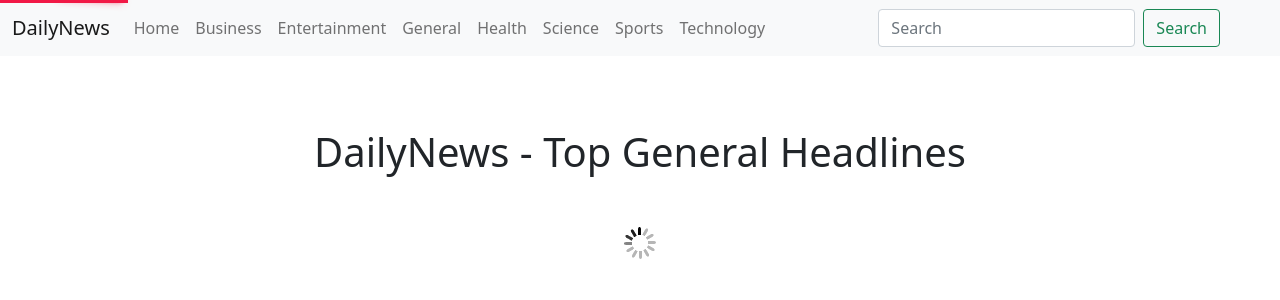
Repository: Bikki084/Daily_News
Page: /
These files come from the project's save history. The page is drawn as it stood at one moment and after a run of saves; the edit follows.
The browser window is 1280 px wide. The pictures show the whole page.
The page's requests for data from a server got no answer. The project was rebuilt for these pictures with package versions that can differ from the ones it lists, and the page was loaded fresh each time. No one was signed in, and anything a server would have sent is missing. Also part of the build but not shown: src/App.css, src/components/NewsItem.js.

Above is the page before, as saved 2021-12-22 02:43:53.

### public/index.html
<!DOCTYPE html>
<html lang="en">
  <head>
    <meta charset="utf-8" />
    <link rel="icon" href="%PUBLIC_URL%/favicon.ico" />
    <meta name="viewport" content="width=device-width, initial-scale=1" />
    <meta name="theme-color" content="#000000" />
    <meta
      name="description"
      content="DailyNews is a news app which can be used to grab quick daily news bites. If you are interested in news, weather, politics and sports news, newsmonkey is for you!"
    />
    <link rel="apple-touch-icon" href="%PUBLIC_URL%/logo192.png" />
    <!--
      manifest.json provides metadata used when your web app is installed on a
      user's mobile device or desktop. See https://developers.google.com/web/fundamentals/web-app-manifest/
    -->
    <link rel="manifest" href="%PUBLIC_URL%/manifest.json" />
    <link href="https://cdn.jsdelivr.net/npm/bootstrap@5.1.0/dist/css/bootstrap.min.css" rel="stylesheet" integrity="sha384-KyZXEAg3QhqLMpG8r+8fhAXLRk2vvoC2f3B09zVXn8CA5QIVfZOJ3BCsw2P0p/We" crossorigin="anonymous">
    <!--
      Notice the use of %PUBLIC_URL% in the tags above.
      It will be replaced with the URL of the `public` folder during the build.
      Only files inside the `public` folder can be referenced from the HTML.

      Unlike "/favicon.ico" or "favicon.ico", "%PUBLIC_URL%/favicon.ico" will
      work correctly both with client-side routing and a non-root public URL.
      Learn how to configure a non-root public URL by running `npm run build`.
    -->
    <title>DailyNews - Get your daily dose of news for free!</title>
  </head>
  <body>
    <noscript>You need to enable JavaScript to run this app.</noscript>
    <div id="root"></div>
    <!--
      This HTML file is a template.
      If you open it directly in the browser, you will see an empty page.

      You can add webfonts, meta tags, or analytics to this file.
      The build step will place the bundled scripts into the <body> tag.

      To begin the development, run `npm start` or `yarn start`.
      To create a production bundle, use `npm run build` or `yarn build`.
    -->
    <script src="https://cdn.jsdelivr.net/npm/@popperjs/core@2.9.3/dist/umd/popper.min.js" integrity="sha384-eMNCOe7tC1doHpGoWe/6oMVemdAVTMs2xqW4mwXrXsW0L84Iytr2wi5v2QjrP/xp" crossorigin="anonymous"></script>
    <script src="https://cdn.jsdelivr.net/npm/bootstrap@5.1.0/dist/js/bootstrap.min.js" integrity="sha384-cn7l7gDp0eyniUwwAZgrzD06kc/tftFf19TOAs2zVinnD/C7E91j9yyk5//jjpt/" crossorigin="anonymous"></script>
  </body>
</html>

### src/App.js
import './App.css';
import Search from './components/Search';
import React, { useState } from 'react'
import NavBar from './components/NavBar';
import News from './components/News';
import {BrowserRouter as Router, Switch, Route} from "react-router-dom";
import LoadingBar from 'react-top-loading-bar'

const App = ()=> {
  const pageSize = 5;
  const apiKey = process.env.REACT_APP_NEWS_API

  const [progress, setProgress] = useState(0)

    return (
      <div>
        <Router>
        <NavBar/>
        <Search/>
        <LoadingBar
        height={3}
        color='#f11946'
        progress={progress}
      />
        <Switch>
          <Route exact path="/"><News setProgress={setProgress} apiKey={apiKey} key="general" pageSize={pageSize} country="in" category="general"/></Route>
          <Route exact path="/business"><News setProgress={setProgress} apiKey={apiKey} key="business" pageSize={pageSize} country="in" category="business"/></Route>
          <Route exact path="/entertainment"><News setProgress={setProgress} apiKey={apiKey} key="entertainment" pageSize={pageSize} country="in" category="entertainment"/></Route>
          <Route exact path="/general"><News setProgress={setProgress} apiKey={apiKey} key="general" pageSize={pageSize} country="in" category="general"/></Route>
          <Route exact path="/health"><News setProgress={setProgress} apiKey={apiKey} key="health" pageSize={pageSize} country="in" category="health"/></Route>
          <Route exact path="/science"><News setProgress={setProgress} apiKey={apiKey} key="science" pageSize={pageSize} country="in" category="science"/></Route>
          <Route exact path="/sports"><News setProgress={setProgress} apiKey={apiKey} key="sports" pageSize={pageSize} country="in" category="sports"/></Route>
          <Route exact path="/technology"><News setProgress={setProgress} apiKey={apiKey} key="technology" pageSize={pageSize} country="in" category="technology"/></Route>
        <Search/>
        </Switch>
        </Router>
      </div>
    )

}

export default App;

### src/components/Search.js
import React from 'react'

const Search = () => {



  function change() {
    alert('Hello!');
  }

    return (

        <>

        <div>

            <form className="d-flex mx-5"  onChnage = {(event) => {


            }}>
                <input className="form-control me-2" type="search" placeholder="Search" aria-label="Search" />
                <button className="btn btn-outline-success" onClick = {change} type="submit">Search</button>
            </form>


        </div>

                </>
    )
}

export default Search;

### src/components/NavBar.js
import React from 'react'
import { Link } from "react-router-dom";
import Search from './Search'

const NavBar = () => {

    return (
        <div>
            <nav className="navbar fixed-top navbar-expand-lg navbar-light bg-light">
                <div className="container-fluid">
                    <Link className="navbar-brand" to="/">DailyNews</Link>
                    <button className="navbar-toggler" type="button" data-bs-toggle="collapse" data-bs-target="#navbarSupportedContent" aria-controls="navbarSupportedContent" aria-expanded="false" aria-label="Toggle navigation">
                        <span className="navbar-toggler-icon"></span>
                    </button>
                    <div className="collapse navbar-collapse" id="navbarSupportedContent">
                        <ul className="navbar-nav me-auto mb-2 mb-lg-0">
                            <li className="nav-item">
                                <Link className="nav-link" aria-current="page" to="/">Home</Link>
                            </li>
                            <li className="nav-item"><Link className="nav-link" to="/business">Business</Link></li>
                            <li className="nav-item"><Link className="nav-link" to="/entertainment">Entertainment</Link></li>
                            <li className="nav-item"><Link className="nav-link" to="/general">General</Link></li>
                            <li className="nav-item"><Link className="nav-link" to="/health">Health</Link></li>
                            <li className="nav-item"><Link className="nav-link" to="/science">Science</Link></li>
                            <li className="nav-item"><Link className="nav-link" to="/sports">Sports</Link></li>
                            <li className="nav-item"><Link className="nav-link" to="/technology">Technology</Link></li>
                        </ul>

                     <Search/>

                    </div>
                </div>
            </nav>
        </div>
    )

}

export default NavBar

### src/components/News.js
import React, {useEffect, useState} from 'react'

import NewsItem from './NewsItem'
import Spinner from './Spinner';
import PropTypes from 'prop-types'
import InfiniteScroll from "react-infinite-scroll-component";

const News = (props)=>{
    const [articles, setArticles] = useState([])
    const [loading, setLoading] = useState(true)
    const [page, setPage] = useState(1)
    const [totalResults, setTotalResults] = useState(0)

    const capitalizeFirstLetter = (string) => {
        return string.charAt(0).toUpperCase() + string.slice(1);
    }

    const updateNews = async ()=> {
        props.setProgress(10);
        const url = `https://newsapi.org/v2/top-headlines?country=${props.country}&category=${props.category}&apiKey=${props.apiKey}&page=${page}&pageSize=${props.pageSize}`;
        setLoading(true)
        let data = await fetch(url);
        props.setProgress(30);
        let parsedData = await data.json()
        props.setProgress(70);
        setArticles(parsedData.articles)
        setTotalResults(parsedData.totalResults)
        setLoading(false)
        props.setProgress(100);
    }

    useEffect(() => {
        document.title = `${capitalizeFirstLetter(props.category)} - DailyNews`;
        updateNews();
        // eslint-disable-next-line
    }, [])


    const fetchMoreData = async () => {
        const url = `https://newsapi.org/v2/top-headlines?country=${props.country}&category=${props.category}&apiKey=${props.apiKey}&page=${page+1}&pageSize=${props.pageSize}`;
        setPage(page+1)
        let data = await fetch(url);
        let parsedData = await data.json()
        setArticles(articles.concat(parsedData.articles))
        setTotalResults(parsedData.totalResults)
      };

        return (
            <>
                <h1 className="text-center" style={{ margin: '35px 0px', marginTop: '90px' }}>DailyNews - Top {capitalizeFirstLetter(props.category)} Headlines</h1>
                {loading && <Spinner />}
                <InfiniteScroll
                    dataLength={articles.length}
                    next={fetchMoreData}
                    hasMore={articles.length !== totalResults}
                    loader={<Spinner/>}>
                    <div className="container">

                    <div className="row">
                        {articles.map((element) => {
                            return <div className="col-md-4" key={element.url}>
                                <NewsItem title={element.title ? element.title : ""} description={element.description ? element.description : ""} imageUrl={element.urlToImage} newsUrl={element.url} author={element.author} date={element.publishedAt} source={element.source.name} />
                            </div>
                        })}
                    </div>
                    </div>
                </InfiniteScroll>
            </>
        )

}


News.defaultProps = {
    country: 'in',
    pageSize: 8,
    category: 'general',
}

News.propTypes = {
    country: PropTypes.string,
    pageSize: PropTypes.number,
    category: PropTypes.string,
}

export default News

Loaded but not shown: src/index.js (common file); src/reportWebVitals.js (common file); src/components/Spinner.js (common file); src/index.css (no stored copy; drawn as an empty file)

After the next 2 saves:
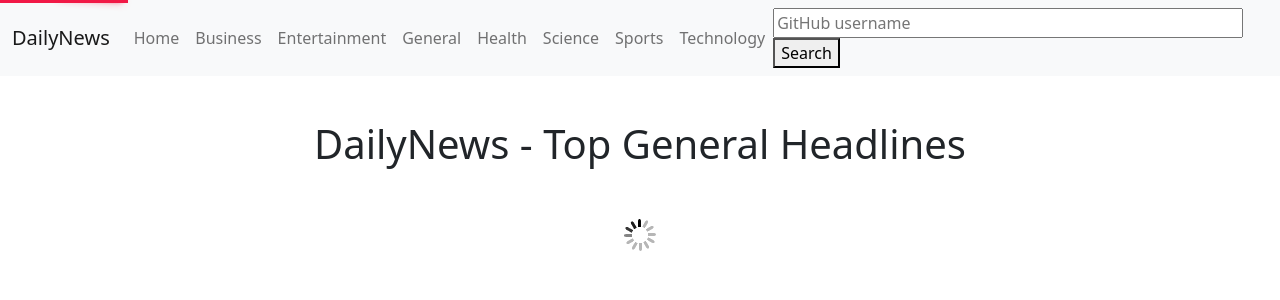
The 2 saves are shown as one change because they came seconds apart.
The last was saved 10 min 37 s later.
--- a/src/components/Search.js
+++ b/src/components/Search.js
@@ -1,32 +1,42 @@
-import React from 'react'
+import React, { Component } from 'react'
 
-const Search = () => {
-
-
-
-  function change() {
-    alert('Hello!');
+class SearchBar extends Component {
+  constructor (props) {
+    super(props)
+    this.state = {
+      username: ''
+    }
   }
 
+  handleSearch (e) {
+    this.setState({ username: e.target.value })
+  }
+
+  handleGoClick () {
+    if (!this.props.github.isFetchingUser) {
+      this.props.actions.fetchUser(this.state)
+    }
+  }
+
+  render () {
     return (
-
-        <>
-
-        <div>
-
-            <form className="d-flex mx-5"  onChnage = {(event) => {
-
-
-            }}>
-                <input className="form-control me-2" type="search" placeholder="Search" aria-label="Search" />
-                <button className="btn btn-outline-success" onClick = {change} type="submit">Search</button>
-            </form>
-
-
-        </div>
-
-                </>
+      <div className='searchbar-container'>
+        <form onSubmit={e => e.preventDefault()}>
+          <input
+            type='text'
+            size='45'
+            placeholder='GitHub username'
+            onChange={this.handleSearch.bind(this)}
+            value={this.state.username} />
+          <button
+            type='submit'
+            onClick={this.handleGoClick.bind(this)}>
+            Search
+          </button>
+        </form>
+      </div>
     )
+  }
 }
 
-export default Search;
+export default SearchBar

After the save that followed:
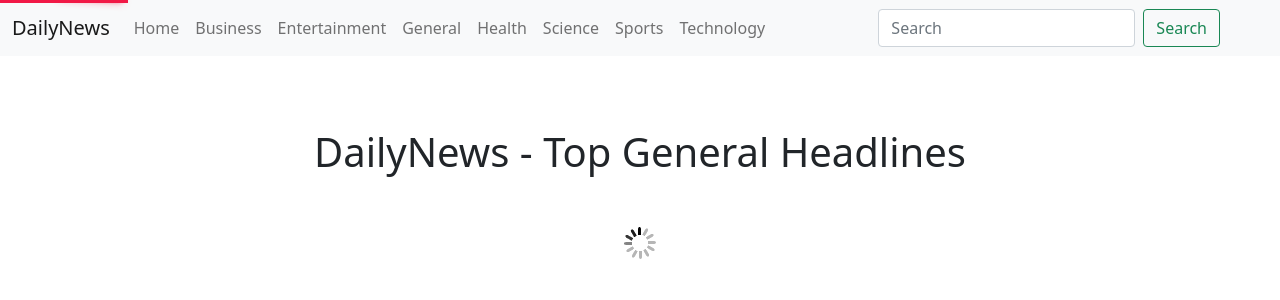
Saved 48 s later.
--- a/src/components/Search.js
+++ b/src/components/Search.js
@@ -1,42 +1,32 @@
-import React, { Component } from 'react'
+import React from 'react'
 
-class SearchBar extends Component {
-  constructor (props) {
-    super(props)
-    this.state = {
-      username: ''
-    }
+const Search = () => {
+
+
+
+  function change() {
+    alert('Hello!');
   }
 
-  handleSearch (e) {
-    this.setState({ username: e.target.value })
-  }
+    return (
 
-  handleGoClick () {
-    if (!this.props.github.isFetchingUser) {
-      this.props.actions.fetchUser(this.state)
-    }
-  }
+        <>
 
-  render () {
-    return (
-      <div className='searchbar-container'>
-        <form onSubmit={e => e.preventDefault()}>
-          <input
-            type='text'
-            size='45'
-            placeholder='GitHub username'
-            onChange={this.handleSearch.bind(this)}
-            value={this.state.username} />
-          <button
-            type='submit'
-            onClick={this.handleGoClick.bind(this)}>
-            Search
-          </button>
-        </form>
-      </div>
+        <div>
+
+            <form className="d-flex mx-5"  onChnage = {(event) => {
+
+
+            }}>
+                <input className="form-control me-2" type="search" placeholder="Search" aria-label="Search" />
+                <button className="btn btn-outline-success" onClick = {change} type="submit">Search</button>
+            </form>
+
+
+        </div>
+
+                </>
     )
-  }
 }
 
-export default SearchBar
+export default Search;
